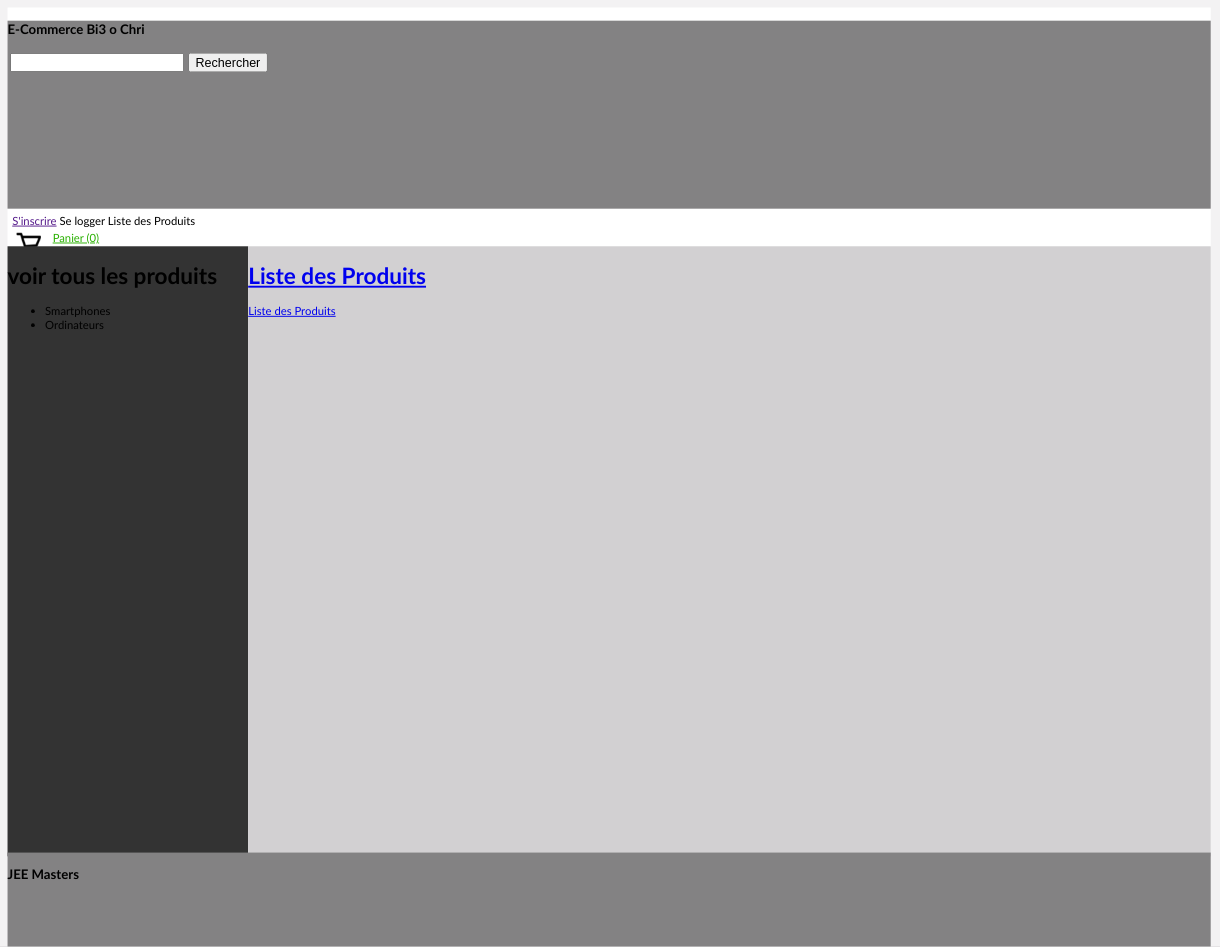
Repository: EBusinesss/Ebusiness
Page: http://localhost/EcomWEB/
The author's editor kept a copy of each file at every save. The page is drawn from the files as they stood at one save, then again after the next save.
The browser window is 1280 px wide. The page is 1298 px wide, so the pictures cover 1298 px, including what lies to the right of the window. The pictures show the whole page, at 94% of full size.
The page is served by Tomcat 9. Nobody is signed in. The application's start-up code is not run. Other server files are loaded and not shown.

Above is the page before, as saved 2014-12-25 14:48:05.

### Workspace/EcomWEB/WebContent/index.jsp
<%@ page language="java" contentType="text/html; charset=ISO-8859-1" pageEncoding="ISO-8859-1"%>


<!DOCTYPE html PUBLIC "-//W3C//DTD HTML 4.01 Transitional//EN" "http://www.w3.org/TR/html4/loose.dtd">
<html>
<head>
<script Src="./functions/functions.js" Language="javascript" type="text/javascript"></script>
<link rel="stylesheet" type="text/css" href="./style/style.css" />
<meta http-equiv="Content-Type" content="text/html; charset=ISO-8859-1">
<title>Insert title here</title>
</head>
<body>


<div id="wrapper">

	<div id="header">
	<h3>E-Commerce Bi3 o Chri</h3>

			<table>
			<tr>
				<td><input type="text" id="nomProduitRecherche" width="25" onkeydown="if (event.keyCode==13) document.getElementById('btnSearch').click()" ></td>
				<td align="right" colspan="3">
				<button onclick="Rechercher()" type="button" id="btnSearch">Rechercher</button></td>
			</tr>
			</table>

	</div>

	<div id="navigation">

		<a href=""> S'inscrire</a>
		<a onclick="seLogger()"> Se logger</a>
		<a href=""> </a>
	    <a onclick="listOfProducts()"> Liste des Produits </a>

			<table>
			<tr>
				<td>
					<div class="Basket">
							<div class="icn-Basket"></div>
							<a href="" class="HeaderLink" target="_top">
									<span class="bigger">Panier (0)</span>
							</a>
					</div>
				</td>
				<td> </td>
			</tr>
			</table>


	</div>

	<div id="menuLateral">
	<h1> <a> voir tous les produits </a> </h1>

	<ul>
		<li> Smartphones</li>
		<li> Ordinateurs</li>
	</ul>
	</div>

	<div id="content">
	<h1><a href="http://localhost:8080/EcomWEB/ListProductServlet">Liste des Produits </a><br></h1>

	<a href="http://localhost:8080/EcomWEB/ListProductServlet">Liste des Produits </a>
	</div>

	<div id="footer">
		<h3>JEE Masters</h3>
	</div>

</div>
</body>
</html>

### Workspace/EcomWEB/WebContent/functions/functions.js
function listOfProducts()
{
var xmlhttp;
if (window.XMLHttpRequest)
  {// code for IE7+, Firefox, Chrome, Opera, Safari
  xmlhttp=new XMLHttpRequest();
  }
else
  {// code for IE6, IE5
  xmlhttp=new ActiveXObject("Microsoft.XMLHTTP");
  }
xmlhttp.onreadystatechange=function()
  {
  if (xmlhttp.readyState==4 && xmlhttp.status==200)
    {
    document.getElementById("content").innerHTML = xmlhttp.responseText;
    }
  };
xmlhttp.open("GET","ProductServlet",true);
xmlhttp.send();
}


function Rechercher()
{
var xmlhttp;
var val = document.getElementById('nomProduitRecherche').value;

if (window.XMLHttpRequest)
  {// code for IE7+, Firefox, Chrome, Opera, Safari
  xmlhttp=new XMLHttpRequest();
  }
else
  {// code for IE6, IE5
  xmlhttp=new ActiveXObject("Microsoft.XMLHTTP");
  }
xmlhttp.onreadystatechange=function()
  {
  if (xmlhttp.readyState==4 && xmlhttp.status==200)
    {
    document.getElementById("content").innerHTML = xmlhttp.responseText;
    }
  };
xmlhttp.open("GET","RechercherProductServlet?val="+val,true);
xmlhttp.send();
}

### Workspace/EcomWEB/WebContent/style/style.css
@CHARSET "ISO-8859-1";

body{
	background: #f3f2f3;
	color: #000000;
	font-family: Trebuchet MS, Arial, Times New Roman;
	font-size: 12px;
}


#wrapper {
	background: #FFFFFF;
	width: 100%;
	height: 999px;
	position: absolute;
}

#header{
	background: #838283;
	width: 100%;
	height: 20%;
}

#navigation{
	padding: 5px;
	width: 100%;
	height: 3%;
}

.Basket {
	padding-right: 15px;
	float: right;
}

.Basket>div {
	width:40px;
	height:36px;
	background: url(../images/basket.png);
    background-size: 30px 30px;
    background-repeat: no-repeat;
    float: left;
}

.Basket>a {
	color: #29b001;
}

#menuLateral{
	background: #333333;
	float: left;
	width: 20%;
	height: 65%;
}


#content {
	background: #d2d0d2;
	float: right;
	width: 80%;
	height: 65%;
}

#footer {
	background: #838283;
	width: 100%;
	height: 10%;
	position: absolute;
	bottom: 0px;
}

a{
	cursor: pointer;
}

After the next save:
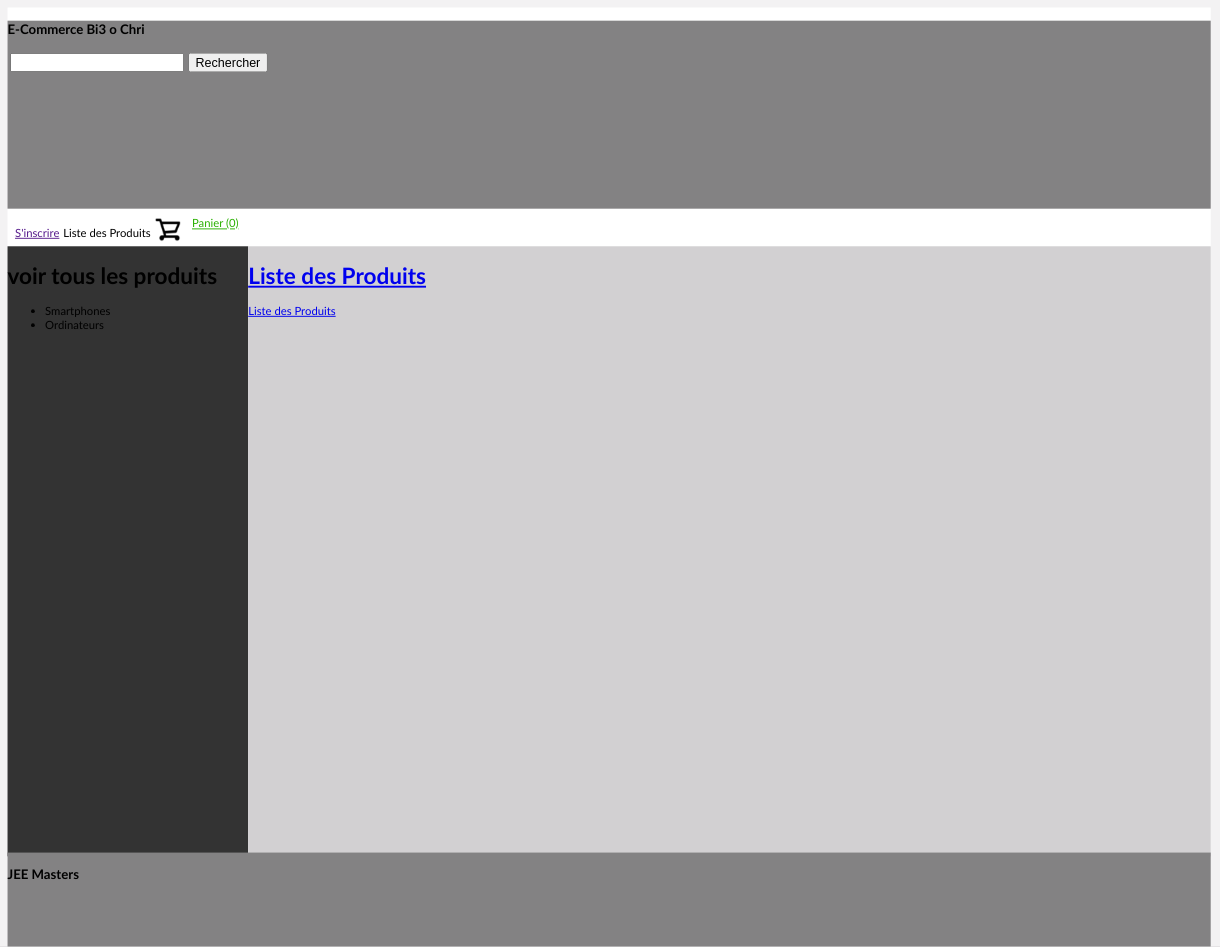
Saved 66 s later.
--- a/Workspace/EcomWEB/WebContent/index.jsp
+++ b/Workspace/EcomWEB/WebContent/index.jsp
@@ -29,13 +29,12 @@
 
 	<div id="navigation">
 
-		<a href=""> S'inscrire</a>
-		<a onclick="seLogger()"> Se logger</a>
-		<a href=""> </a>
-	    <a onclick="listOfProducts()"> Liste des Produits </a>
-
 			<table>
 			<tr>
+				<td> <a href=""> S'inscrire</a> </td>
+
+				<td> <a onclick="listOfProducts()"> Liste des Produits </a> </td>
+
 				<td>
 					<div class="Basket">
 							<div class="icn-Basket"></div>
@@ -44,7 +43,7 @@
 							</a>
 					</div>
 				</td>
-				<td> </td>
+
 			</tr>
 			</table>
 
